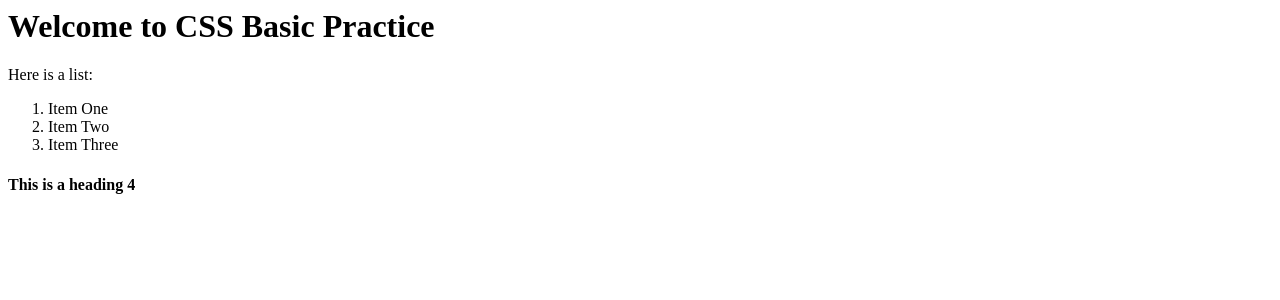
Repository: MonwarAdeeb/Bista_Solutions
Page: HTML & CSS/CSS/Level One/Level_One.html
The author's editor kept a copy of each file at every save. The page is drawn from the files as they stood at one save, then again after a run of saves.
The browser window is 1280 px wide. The pictures show the whole page.

Above is the page before, as saved 2021-05-19 15:59:54.

### HTML & CSS/CSS/Level One/Level_One.html
<html lang="en">
<head>
    <meta charset="UTF-8">
    <meta http-equiv="X-UA-Compatible" content="IE=edge">
    <meta name="viewport" content="width=device-width, initial-scale=1.0">
    <title>CSS Basics</title>
    <link rel="stylesheet" href="Level_One_CSS.css">
</head>
<body>
    <h1>Welcome to CSS Basic Practice</h1>

    <p>Here is a list:</p>

    <ol>
        <li>Item One</li>
        <li>Item Two</li>
        <li>Item Three</li>
    </ol>

    <h4>This is a heading 4</h4>
</body>
</html>

### HTML & CSS/CSS/Level One/Level_One_CSS.css
/* selected tag{
    property: value;
} */

h1{
    color:
}

After the next 2 saves:
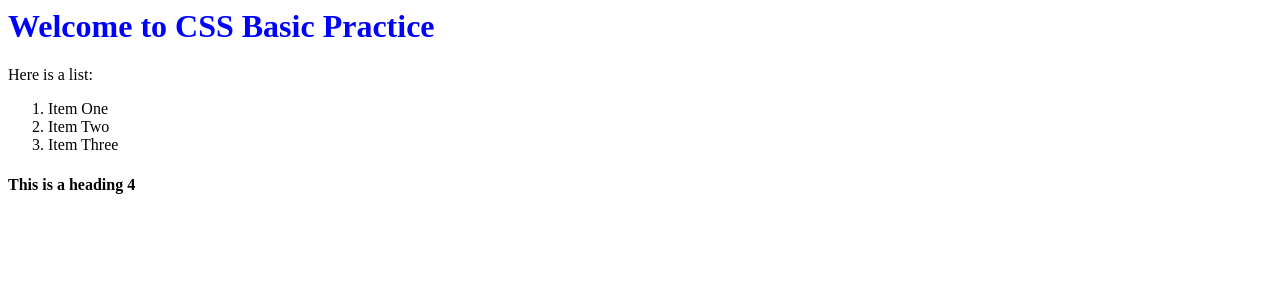
The 2 saves are shown as one change because they came seconds apart.
The last was saved 9 s later.
--- a/HTML & CSS/CSS/Level One/Level_One_CSS.css
+++ b/HTML & CSS/CSS/Level One/Level_One_CSS.css
@@ -3,5 +3,5 @@
 } */
 
 h1{
-    color:
+    color: blue;
 }

After the 3 saves that followed:
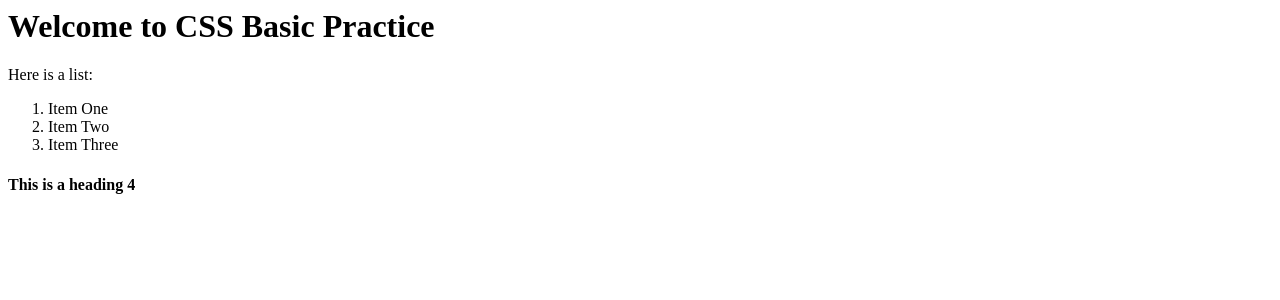
The 3 saves are shown as one change because 2 left the picture as it was.
The last was saved 64 s later.
--- a/HTML & CSS/CSS/Level One/Level_One_CSS.css
+++ b/HTML & CSS/CSS/Level One/Level_One_CSS.css
@@ -1,7 +1,8 @@
+General Format
 /* selected tag{
     property: value;
 } */
 
-h1{
-    color: blue;
+h1 {
+  color: blue;
 }
